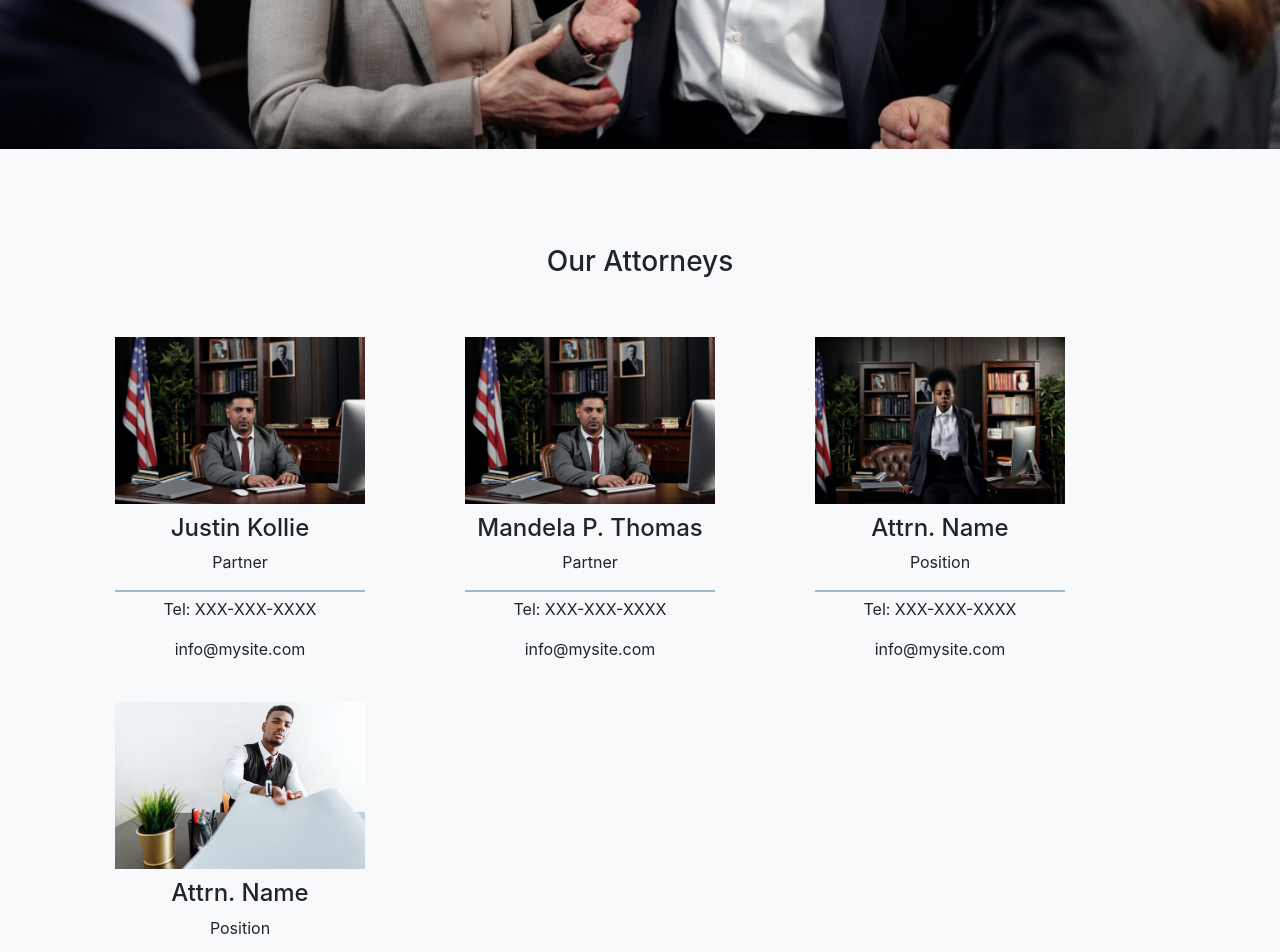
Repository: just-mann/kolllie-kolliellp
Page: index.html
An editor plug-in stored every save of this project. The page is shown before and after a run of saves, followed by the edit.
The browser window is 1280 px wide. The pictures show the part of the page from y = 2423 to 3375 px (the page is 4902 px tall before and 4922 px after).
Backgrounds fixed to the window are drawn as part of the page.

Above is the page before, as saved 2021-06-02 05:33:36.

### index.html
<!DOCTYPE html>
<html lang="en">
<head>
    <meta charset="UTF-8">
    <meta name="viewport" content="width=device-width, initial-scale=1.0">
    <meta http-equiv="X-UA-Compatible" content="ie=edge">
    <meta name="Description" content="Enter your description here"/>
    <!-- Font Awesome Icons -->
    <link rel="stylesheet" href="https://cdnjs.cloudflare.com/ajax/libs/font-awesome/5.15.3/css/all.min.css" referrerpolicy="no-referrer" />
    <link rel="stylesheet" href="https://cdnjs.cloudflare.com/ajax/libs/twitter-bootstrap/4.6.0/css/bootstrap.min.css">
    <link rel="stylesheet" href="https://cdnjs.cloudflare.com/ajax/libs/font-awesome/5.15.2/css/all.min.css">
    <link rel="stylesheet" href="assets/css/utilities.css">
    <link rel="stylesheet" href="assets/css/style.css">
    <title>Kollie & Thomas LLP</title>
</head>
<body>
    <nav class="myNavbar px-2 bg-light shadow">
        <div class="myContainer">
            <a href="#" class="myLogo"><h3>Kollie & Thomas LLP</h3></a>
            <div class="links">
                <a href="#">Home</a>
                <a href="#practiceArea">Practice Areas</a>
                <a href="#ourVision">Our Vision</a>
                <a href="#ourAttorneys">Attorneys</a>
                <a href="#contact">Contact</a>
            </div>
            <i class="fas fa-bars fa-1x toggleBar"></i>
        </div>
    </nav>
    <section class="heroSection">
        <div class="myContainer">
            <h3><span>Boutique</span>Law Firm</h3>
            <p>Specializing in Commercial Law & Litigation, Insolvency & Fraud</p>
        </div>
    </section>
    <section class="practiceArea py-5 px-4 bg-light" id="practiceArea">
        <div class="myContainer py-5">
            <div class="practiceArreaDiv p-4">
                <div class="left__side px-3 py-4">
                    <h3><span>Practice</span> Areas</h3>
                </div>
                <div class="right__side px-3 py-4">
                    <ul>
                        <div class="left px-3">
                            <li><h4>Litigation</h4></li>
                            <p>Lorem ipsum dolor sit amet consectetur adipisicing elit. Accusamus cumque iusto quae minima?</p>
                            <li><h4>Insolvency</h4></li>
                            <p>Lorem ipsum dolor sit amet consectetur adipisicing elit. Accusamus cumque iusto quae minima?</p>
                            <li><h4>Dispute Resolution</h4></li>
                            <p>Lorem ipsum dolor sit amet consectetur adipisicing elit. Accusamus cumque iusto quae minima?</p>
                        </div>
                        <div class="right px-3">
                            <li><h4>Business</h4></li>
                            <p>Lorem ipsum dolor sit amet consectetur adipisicing elit. Accusamus cumque iusto quae minima?</p>
                            <li><h4>Fraud</h4></li>
                            <p>Lorem ipsum dolor sit amet consectetur adipisicing elit. Accusamus cumque iusto quae minima?</p>
                            <li><h4>Tax</h4></li>
                            <p>Lorem ipsum dolor sit amet consectetur adipisicing elit. Accusamus cumque iusto quae minima?</p>
                        </div>
                    </ul>
                </div>
            </div>
        </div>
    </section>
    <section class="ourVision px-4 py-5" id="ourVision">
        <div class="myContainer">
            <div class="ourVisionDiv py-5">
                <h3>Our Mission</h3>
                <div>
                    <p>Lorem, ipsum dolor sit amet consectetur adipisicing elit. Deleniti, libero. Voluptatem laboriosam ipsum esse sint deserunt laudantium accusamus nam veniam ad? A deserunt nostrum rerum?</p>
                </div>
                <div>
                    <p>Lorem, ipsum dolor sit amet consectetur adipisicing elit. Deleniti, libero. Voluptatem laboriosam ipsum esse sint deserunt laudantium accusamus nam veniam ad? A deserunt nostrum rerum?</p>
                </div>
                <div>
                    <p>Lorem, ipsum dolor sit amet consectetur adipisicing elit. Deleniti, libero. Voluptatem laboriosam ipsum esse sint deserunt laudantium accusamus nam veniam ad? A deserunt nostrum rerum?</p>
                </div>
            </div>
        </div>
    </section>
    <div class="parallaxImg">
        <!-- <img src="./assets/images/heroImage.jpg" alt="parallaxImg"> -->
    </div>
    <section class="ourAttorneys py-5 bg-light" id="ourAttorneys">
        <div class="myContainer py-5">
            <h3 class="text-center mb-5">Our Attorneys</h3>
            <div class="attorneysDiv mx-auto">
                <div class="attCard">
                    <img src="./assets/images/attrny1.jpg" alt="att1">
                    <div class="firstDiv">
                        <h4>Justin Kollie</h4>
                        <p>Partner</p>
                    </div>
                    <div class="secondDiv">
                        <p>Tel: XXX-XXX-XXXX</p>
                        <p>info@mysite.com</p>
                    </div>
                </div>
                <div class="attCard">
                    <img src="./assets/images/attrny1.jpg" alt="att1">
                    <div class="firstDiv">
                        <h4>Mandela P. Thomas</h4>
                        <p>Partner</p>
                    </div>
                    <div class="secondDiv">
                        <p>Tel: XXX-XXX-XXXX</p>
                        <p>info@mysite.com</p>
                    </div>
                </div>
                <div class="attCard">
                    <img src="./assets/images/attrny2.jpg" alt="att2">
                    <div class="firstDiv">
                        <h4>Attrn. Name</h4>
                        <p>Position</p>
                    </div>
                    <div class="secondDiv">
                        <p>Tel: XXX-XXX-XXXX</p>
                        <p>info@mysite.com</p>
                    </div>
                </div>
                <div class="attCard">
                    <img src="/assets/images/attrny3.jpg" alt="att3">
                    <div class="firstDiv">
                        <h4>Attrn. Name</h4>
                        <p>Position</p>
                    </div>
                    <div class="secondDiv">
                        <p>Tel: XXX-XXX-XXXX</p>
                        <p>info@mysite.com</p>
                    </div>
                </div>
            </div>
        </div>
    </section>
    <section class="contact py-5" id="contact">
        <div class="myContainer">
            <div class="contactDiv">
                <div class="left__side">
                    <h3>Contact Us</h3>
                </div>
                <div class="right__side">
                    <h4 class=><span>Our</span> Address</h4>
                    <div class="addressDiv">
                        <p>500 Terry Francois St. San Francisco, CA 94158</p>
                        <p>Email: info@mysite.com</p>
                        <p>Tel:  123-456-7890</p>
                    </div>
                    <div class="clickToFind my-4 py-4">
                        <a href="#">Click Here to Find Us</a>
                    </div>
                    <form action="">
                        <div class="left__side">
                            <div>
                                <label for="firstName">First Name *</label>
                                <input type="text" name="firstName" required>
                            </div>
                            <div>
                                <label for="lastName">Last Name *</label>
                                <input type="text" name="lastName" required>
                            </div>
                            <div>
                                <label for="email">Email *</label>
                                <input type="email" name="name" required>
                            </div>
                            <div>
                                <label for="subject">Subject *</label>
                                <input type="text" name="subject" required>
                            </div>
                        </div>
                        <!-- <div class="right__side"> -->
                            <label for="message" class="messageLabel">Message *</label>
                            <textarea name="message" id="message" cols="30" rows="10" required></textarea>
                        <!-- </div> -->
                        <div class="my-4">
                            <input type="submit" value="Send">
                        </div>
                    </form>
                </div>
            </div>
        </div>
    </section>
    <section class="backUpTop bg-dark text-center p-4">
        <div class="myContainer">
            <i class="fas fa-angle-double-up fa-2x text-light"></i>
        </div>
    </section>
    <footer class="footer">
        <div class="myContainer">
            <p>© 2021 Kollie & Thomas LLP. Proudly created by Justin Kollie</p>
        </div>
    </footer>
    <!-- Optional Scripts -->
    <script src="assets/scripts/myScript.js"></script>
    <script src="https://cdnjs.cloudflare.com/ajax/libs/jquery/3.5.1/jquery.slim.min.js"></script>
    <script src="https://cdnjs.cloudflare.com/ajax/libs/popper.js/1.16.1/umd/popper.min.js"></script>
    <script src="https://cdnjs.cloudflare.com/ajax/libs/twitter-bootstrap/4.6.0/js/bootstrap.min.js"></script>
</body>
</html>

### assets/css/utilities.css
:root {
    --primaryColor: #274f9bf3;
}

a {
    text-decoration: none;
}

a:hover {
    text-decoration: none;
}

ul li {
    list-style-type: square;
}

.myContainer {
    max-width: 1100px;
    margin: 0 auto;
    padding: 10px 25px;
}

### assets/css/style.css
* {
    padding: 0;
    margin: 0;
    box-sizing: border-box;
}

html {
    scroll-behavior: smooth;
}



/* Navbar */
.myNavbar {
    padding: 15px 0px;
    background-color: #ece6e6;
    position: sticky;
    top: 0;
    left: 0;
    width: 100%;
    z-index: 100;
}

.myNavbar .myContainer {
    display: flex;
    justify-content: space-between;
    align-items: center;
}

.myNavbar .myContainer .myLogo h3 {
    font-size: 1.5em;
}

.myNavbar .myContainer .links {
    display: flex;
    justify-content: center;
    align-items: center;
}

.toggleBar {
    font-size: 1.6em;
    display: none;
    transition: cursor 0.6s;
}

.toggleBar:hover {
    cursor: pointer;
}

.ourVision {
    background-color: #2f6d91da;
    color: white;
    /* padding: 30px 10px; */
}

.ourVisionDiv h3 {
    font-weight: 400;
    font-size: 2.6rem;
    text-align: left;
    margin-bottom: 25px;
    /* margin: 40px auto; */
}

.ourVisionDiv p {
    font-weight:300;
    font-size: 1.2rem;
    line-height: 2rem;
}

.parallaxImg {
    background-image: url('../images/parallaxImg.jpg');
    min-height: 500px;
    background-attachment: fixed;
    background-position: center;
    background-origin: center;
    background-repeat: no-repeat;
    background-size: cover;
}

.parallaxImg img {
    width: 100%;
}

.contact {
    position: relative;
    background: url('../images/contactBgImage.jpg') no-repeat center center / cover;
}

.contact::before {
    content: "";
    position: absolute;
    top: 0;
    left: 0;
    background: #2f6d91da;
    width: 100%;
    height: 100%;
}

.contact .myContainer * {
    display: flex;
    flex-direction: column;
    justify-content: center;
    align-items: flex-start;
    width: 100%;
    z-index: 50;
}

.contactDiv .left__side h3 {
    font-weight: 500;
    color: white;
}

.contactDiv .right__side h4 {
    font-weight: 300;
    color: white;
}

.contactDiv .right__side h4 span {
    font-weight: 600;
}

.contactDiv .right__side .addressDiv p {
    font-size: 1rem;
    font-weight: 400;
    margin: 5px 0px;
    color: white;
}

.contactDiv .right__side .clickToFind a {
    text-decoration: underline;
    font-size: 1.4rem;
    color: white;
}

form label {
    color: white;
    font-size: 1.3rem;
}

.backUpTop .myContainer i {
    font-weight: 600;
}

.backUpTop .myContainer i:hover {
    cursor: pointer;
}

input[type="submit"] {
    width: 100%;
    background-color: transparent;
    border: 2px solid white;
    border-radius: 5px;
    font-weight: 500;
    letter-spacing: 1px;
    display: flex;
    padding: 10px;
    color: white;
    justify-content: center;
    text-align: center;
}

form div input, textarea {
    border: 3px solid #223755;
    border-radius: 3px;
    padding: 5px 10px;
}

/* Non mobile */
.myNavbar .myContainer .links a {
    padding: 0px 10px;
    font-size: 16px;
    font-weight: 400;
    text-transform: uppercase;
}

/* Desktop Scree Size Starts */
@media screen and (min-width: 900px) {
    .heroSection {
        position: relative;
        background-image: url('../images/heroImage.jpg');
        min-height: 500px;
        background-attachment: fixed;
        background-position: center;
        background-origin: center;
        background-repeat: no-repeat;
        background-size: cover;
        height: 85vh;
        display: flex;
        justify-content: start;
        align-items: left;
        /* background-color: #ffffff;
        background: url('../images/heroImage.jpg') no-repeat center center / cover; */
    }

    .heroSection .myContainer {
        display: flex;
        flex-direction: column;
        width: 100%;
        align-items: start;
        z-index: 50;
        padding: 10px 50px;
        background-attachment: fixed;
    }

    .heroSection::before {
        position: absolute;
        content: "";
        top: 0;
        left: 0;
        background: rgba(47, 109, 145, 0.78);
        width: 40%;
        height: 100%;
        z-index: 0;
    }

    .heroSection .myContainer h3 span {
        color: white;
        font-size: 3rem;
        font-weight: 600;
        margin: 10px 0px;
        text-transform: uppercase;
        display: block;
    }

    .heroSection .myContainer h3 {
        color: white;
        font-size: 2rem;
        font-weight: 300;
        margin-top: 180px;
        text-transform: uppercase;
    }

    .heroSection .myContainer p {
        color: white;
        max-width: 320px;
        margin: 15px 0px;
        font-size: 1.4rem;
    }

    .practiceArea .myContainer .practiceArreaDiv {
        display: grid;
        grid-template-columns: 1fr 2fr;
        gap: 30px;
    }

    .practiceArreaDiv .right__side ul {
        display: grid;
        grid-template-columns: 1fr 1fr;
        gap: 25px;
    }

    .ourVision .myContainer .ourVisionDiv h3 {
        text-align: center;
    }

    .ourVision .myContainer .ourVisionDiv div {
        max-width: 650px;
        margin: 0 auto;
        text-align: center;
    }

    .ourAttorneys .myContainer .attorneysDiv {
        margin: 0 auto;
        display: grid;
        grid-template-columns: repeat(3, 1fr);
    }

    .ourAttorneys .myContainer .attorneysDiv .attCard {
        width: 250px;
        margin: 10px 0px;
    }

    .ourAttorneys .myContainer .attorneysDiv .attCard img {
        width: 100%;
    }

    .attCard .firstDiv {
        padding: 10px 0px 0px 0px;
        text-align: center;
        border-bottom: 2px solid #6991ac9d;
    }

    .secondDiv {
        text-align: center;
        padding: 5px 0px;
    }

}


/* Desktop Screen Size Ends */


/* Responsive */
@media screen and (max-width: 900px) {
    .myNavbar .myContainer .links {
        display: none;
    }

    .toggleBar {
        display: block;
    }

    .heroSection {
        position: relative;
        height: 75vh;
        display: flex;
        justify-content: center;
        align-items: center;
        background-color: #ffffff;
        background: url('../images/heroImage.jpg') no-repeat center center / cover;
    }

    .heroSection .myContainer {
        display: flex;
        flex-direction: column;
        justify-content: center;
        align-items: start;
        z-index: 50;
    }

    .heroSection::before {
        position: absolute;
        content: "";
        top: 50;
        /* bottom: 40; */
        right: 0;
        background: rgba(47, 109, 145, 0.78);
        width: 95%;
        height: 70%;
        z-index: 0;
    }

    .heroSection .myContainer h3 span {
        color: white;
        font-size: 3rem;
        font-weight: 600;
        margin: 10px 0px;
        text-transform: uppercase;
        display: block;
    }

    .heroSection .myContainer h3 {
        color: white;
        font-size: 2rem;
        font-weight: 300;
        text-transform: uppercase;
    }

    .heroSection .myContainer p {
        color: white;
        max-width: 320px;
        margin: 15px 0px;
        font-size: 1.4rem;
    }

    .practiceArreaDiv .left__side h3 span {
        font-size: 2.5rem;
        text-transform: uppercase;
        display: block;
        font-weight: 600;
        margin: 5px 0px;
    }

    .left__side h3 {
        font-size: 2.4rem;
        text-transform: uppercase;
        font-weight: 300;
    }

    .right__side {
        padding: 30px 10px;
        /* background-color: white; */
    }

    .parallaxImg {
        background-image: url('../images/parallaxImg.jpg');
        min-height: 500px;
        background-attachment: scroll;
        background-position: center;
        background-repeat: no-repeat;
        background-size: cover;
    }

    .attorneysDiv {
        grid-template-columns: 1fr;
        width: 100%;
        margin: 0 auto;
    }

    .ourAttorneys .myContainer h3 {
        text-align: center;
        font-size: 2.8em;
        font-weight: 350;
        margin-bottom: 25px;
    }

    .attCard {
        width: 100%;
        padding: 0px 20px;
        margin: 0px auto 35px auto;
        /* text-align: center; */
    }

    .attCard img {
        min-height: 200px;
        width: 100%;
    }

    .attCard .firstDiv {
        padding: 10px 0px 0px 0px;
        text-align: center;
        border-bottom: 2px solid #6991ac9d;
    }

    .secondDiv {
        text-align: center;
        padding: 5px 0px;
    }

    form {
        /* background: pink; */
        max-width: 100%;
    }

    form div {
        margin: 7px 0px;
        /* padding: 0px 5px; */
        max-width: 100%;
    }

    form label {
        display: block;
        color: white;
    }

    form input {
        width: 100%;
    }

    form input {
        padding: 5px 10px;
    }

    form .right__side textarea {
        width: 100%;
        padding: 5px 10px;
    }




}

### assets/scripts/myScript.js
console.log('It works');

After the next 2 saves:
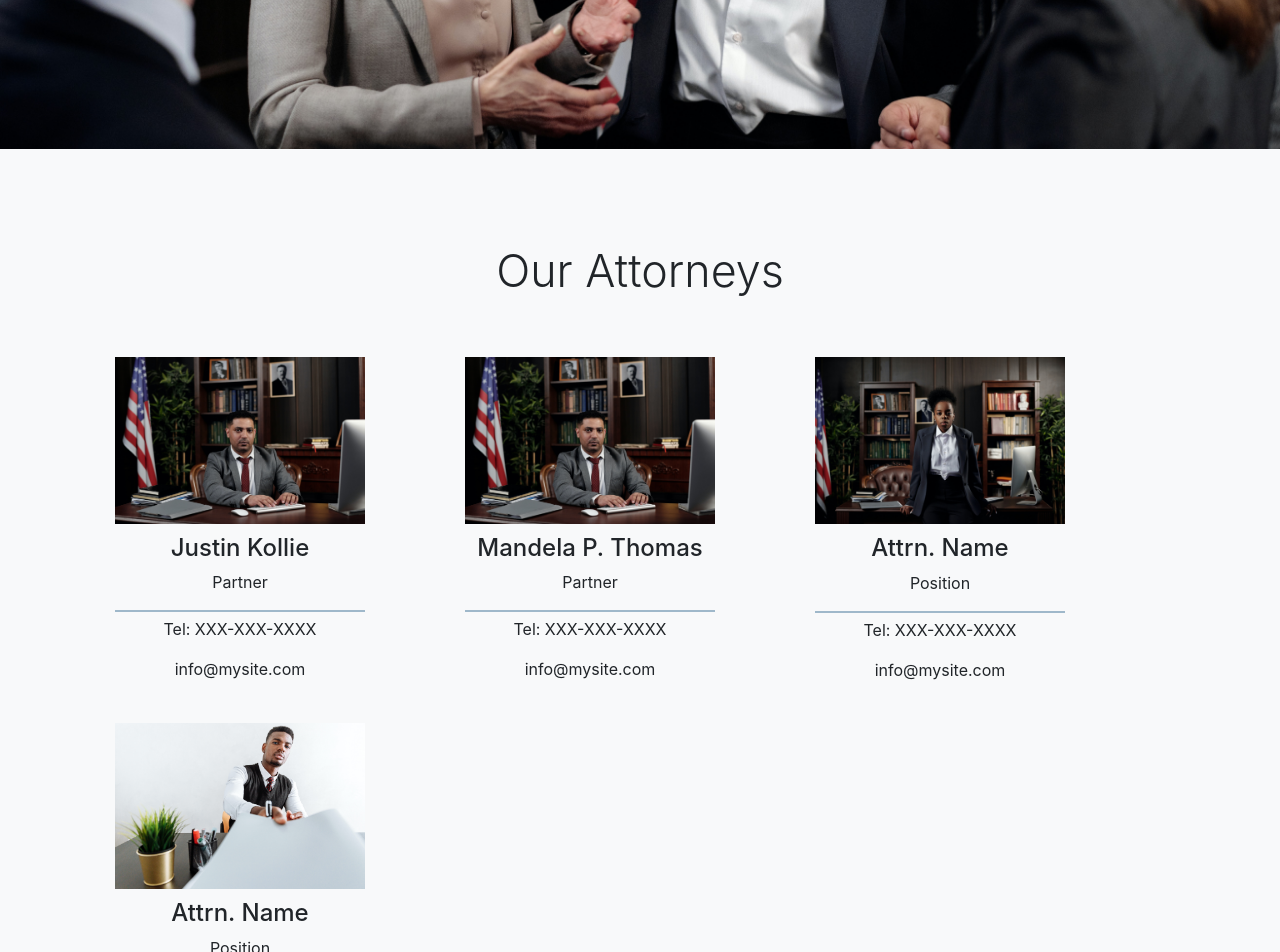
The 2 saves are shown as one change because they came seconds apart.
The last was saved 31 s later.
--- a/assets/css/style.css
+++ b/assets/css/style.css
@@ -285,6 +285,13 @@ form div input, textarea {
         padding: 5px 0px;
     }
 
+    .ourAttorneys .myContainer h3 {
+        text-align: center;
+        font-size: 2.8em;
+        font-weight: 350;
+        margin-bottom: 25px;
+    }
+
 }
 
 
